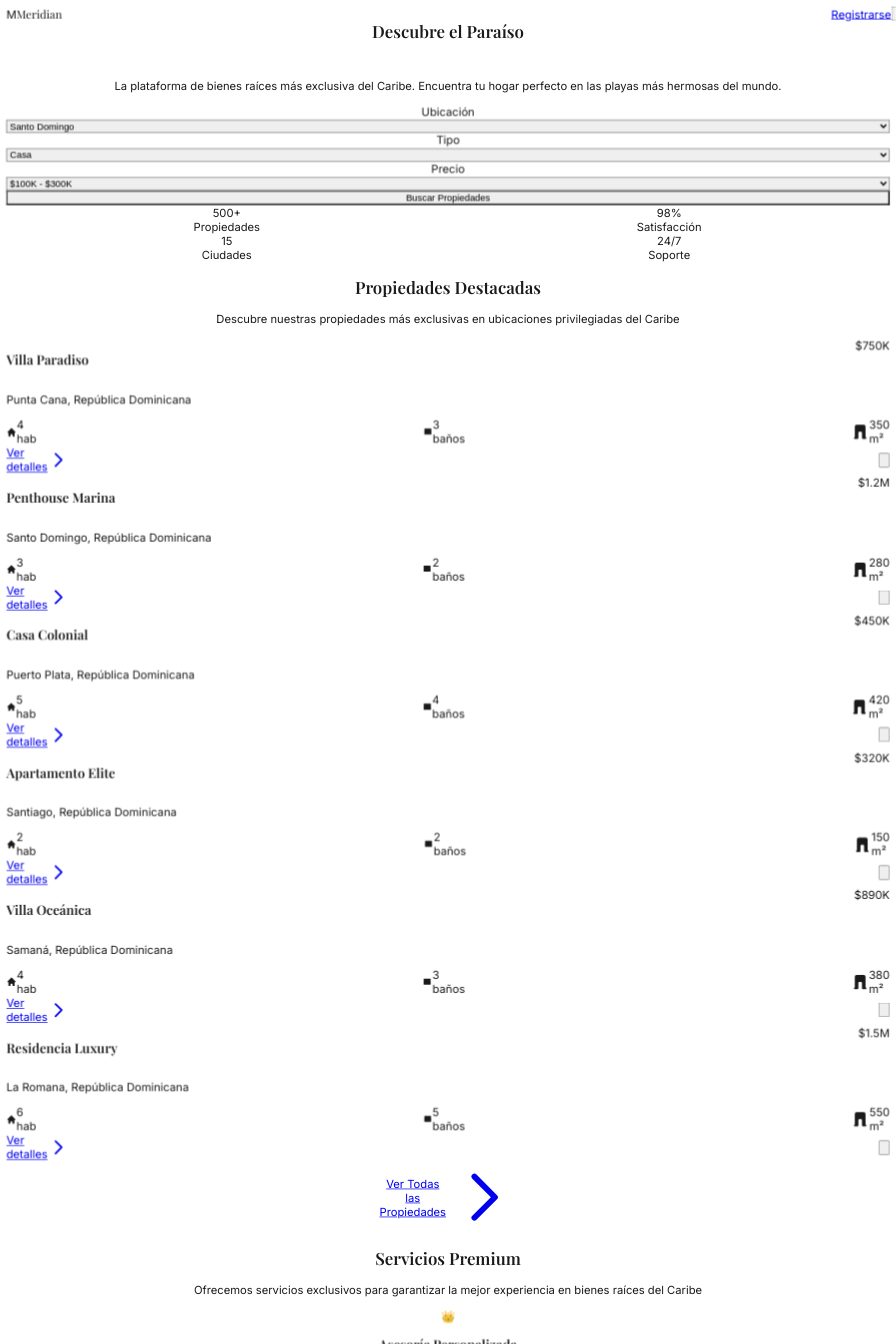
Repository: USveterandr/next-starter-august
Page: /
An editor plug-in stored every save of this project. The page is shown before and after the next save, followed by the edit.
The browser window is 1280 px wide. The pictures show the part of the page from y = 0 to 1920 px (the page is 6541 px tall), at 70% of full size.
The project was rebuilt for these pictures with package versions that can differ from the ones it lists, and the page was loaded fresh each time. The framework's server and built-in components were replaced by stand-ins that run in the browser. Also part of the build but not shown: next.config.ts.

Above is the page before, as saved 2025-08-29 12:48:10.

After the next save:
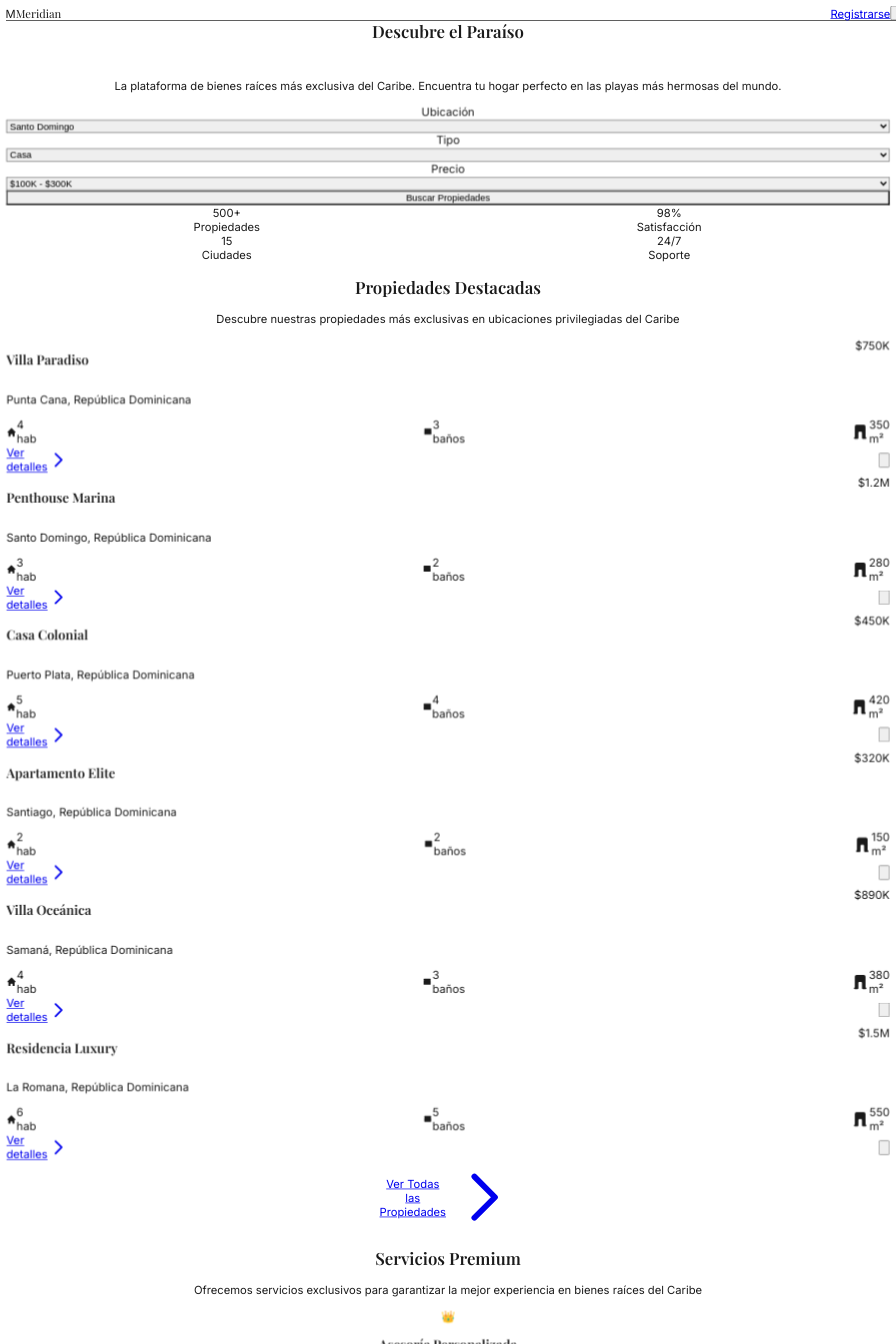
Saved 27 min 3 s later.
--- a/src/app/page.tsx
+++ b/src/app/page.tsx
@@ -2,14 +2,14 @@ import Link from "next/link";
 
 export default function Home() {
   return (
-    <div className="min-h-screen bg-gradient-to-br from-gray-50 via-white to-gray-100 relative overflow-x-hidden">
+    <div className="min-h-screen bg-gradient-to-br from-slate-50 via-white to-slate-100 relative overflow-x-hidden">
       {/* Mobile-First Navigation */}
-      <nav className="glass-morphism fixed top-0 w-full z-50 border-b border-gray-200/20 backdrop-blur-xl">
+      <nav className="fixed top-0 w-full z-50 bg-white/90 backdrop-blur-xl border-b border-slate-200/50 shadow-lg">
         <div className="max-w-7xl mx-auto px-4 sm:px-6 lg:px-8">
           <div className="flex justify-between items-center h-16 lg:h-20">
             {/* Logo */}
             <div className="flex items-center space-x-3">
-              <div className="w-10 h-10 lg:w-12 lg:h-12 bg-gradient-to-br from-gold via-gold-medium to-gold-dark rounded-xl flex items-center justify-center shadow-luxury transform transition-transform hover:scale-105">
+              <div className="w-10 h-10 lg:w-12 lg:h-12 bg-gradient-to-br from-amber-400 via-yellow-500 to-amber-600 rounded-xl flex items-center justify-center shadow-xl transform transition-transform hover:scale-105">
                 <span className="text-white font-bold text-lg lg:text-xl">M</span>
               </div>
               <div className="flex flex-col">
